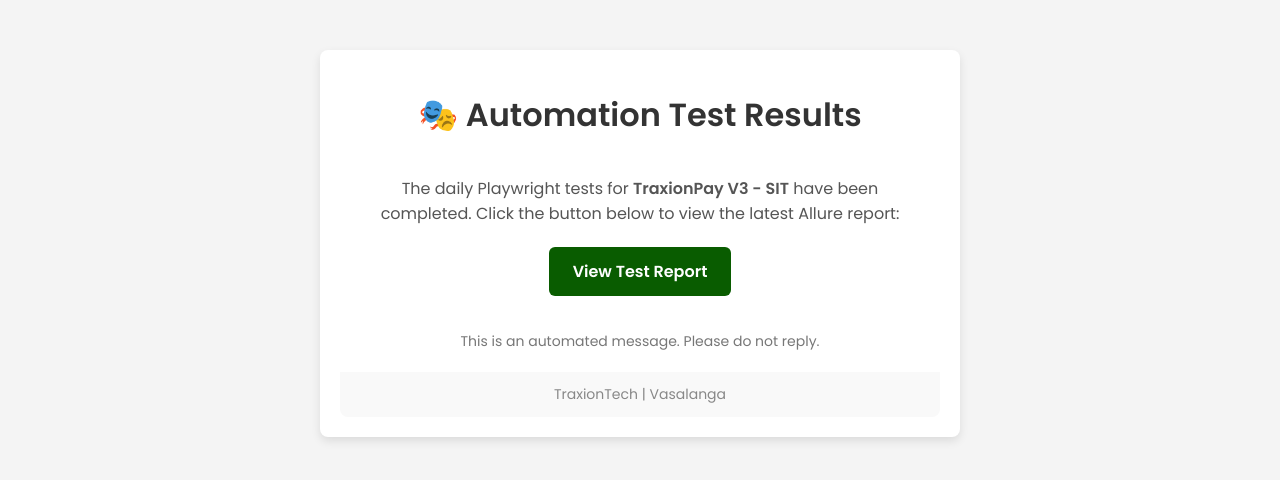
Repository: jmendozaqa24/TraxionPay-V3
Page: template.html
These files come from the project's save history. The page is drawn as it stood at one moment and after a run of saves; the edit follows.
The browser window is 1280 px wide. The pictures show the whole page.

Above is the page before, as saved 2025-02-18 09:49:05.

After the next 2 saves:
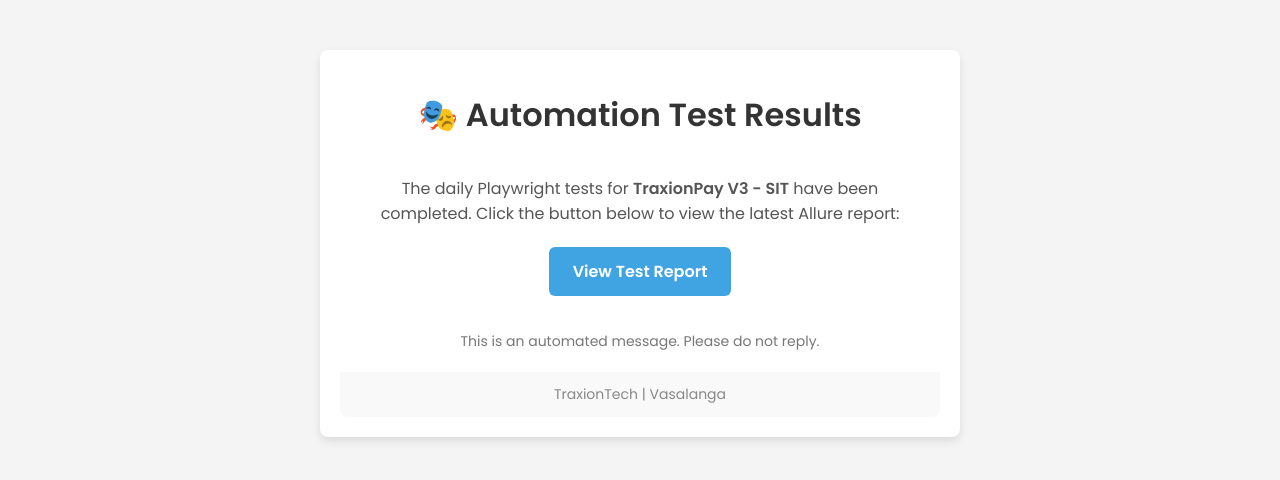
The 2 saves are shown as one change because they came seconds apart.
The last was saved 22 s later.
--- a/template.html
+++ b/template.html
@@ -23,8 +23,8 @@
             <!-- Call to Action Button -->
             <a href="https://dread-vin.github.io/TraxionPay-V3/"
                 style="display: inline-block; padding: 12px 24px; margin-top: 20px; font-size: 16px; font-weight: 600; color: #ffffff;
-                      background-color: #095c00; border-radius: 6px; text-decoration: none; transition: 0.3s;">
-                 View Test Report
+                      background-color: #41a4e2; border-radius: 6px; text-decoration: none; transition: 0.3s;">
+                View Test Report
             </a>
         </div>
 
